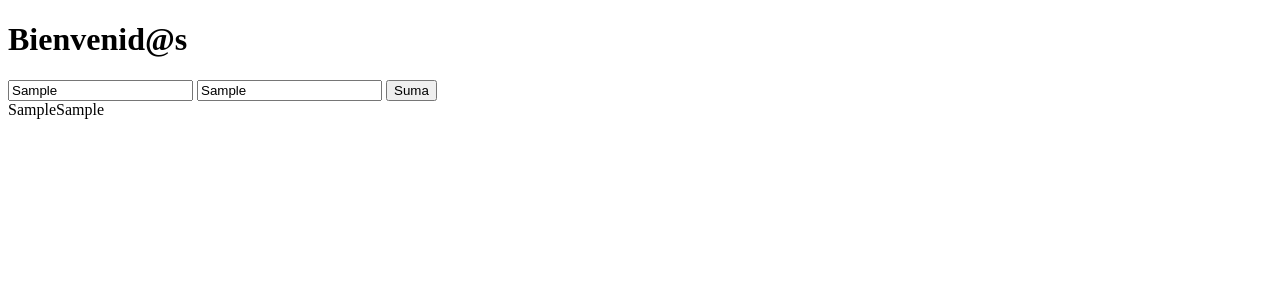
Repository: MiguelonDev/CursoIonic
Page: EclipseWorkSpace/TryCatch/index.html
The author's editor kept a copy of each file at every save. The page is drawn from the files as they stood at one save, then again after the next save.
The browser window is 1280 px wide. The pictures show the whole page.
Empty fields were first filled with sample values (such as "Sample", 5 or name@example.com).
After loading, the first visible `button` was clicked once.

Above is the page before, as saved 2018-09-27 17:21:57.

### EclipseWorkSpace/TryCatch/index.html
<!DOCTYPE html>
<html>
<head>
<meta charset="UTF-8">
<title>Miguel Aguirre Varela</title>
<script>

function suma(){
	var n1 = document.getElementById("valor1").value;
	var n2 = document.getElementById("valor2").value;

	var resultado = n1 + n2;
	document.getElementById("resultado").innerHTML = resultado;
}
</script>
</head>
<body>

<header><h1>Bienvenid@s</h1></header>
<input id="valor1" type="text" value="">
<input id="valor2" type="text" value="">
<button onclick="suma()">Suma</button>
<div id="resultado"></div>
</body>
</html>

After the next save:
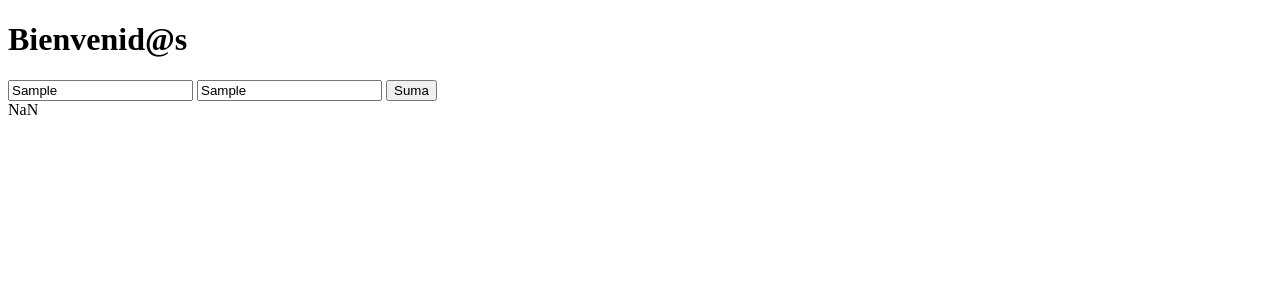
Saved 33 s later.
--- a/EclipseWorkSpace/TryCatch/index.html
+++ b/EclipseWorkSpace/TryCatch/index.html
@@ -6,8 +6,8 @@
 <script>
 
 function suma(){
-	var n1 = document.getElementById("valor1").value;
-	var n2 = document.getElementById("valor2").value;
+	var n1 = parseInt(document.getElementById("valor1").value);
+	var n2 = parseInt(document.getElementById("valor2").value);
 
 	var resultado = n1 + n2;
 	document.getElementById("resultado").innerHTML = resultado;
